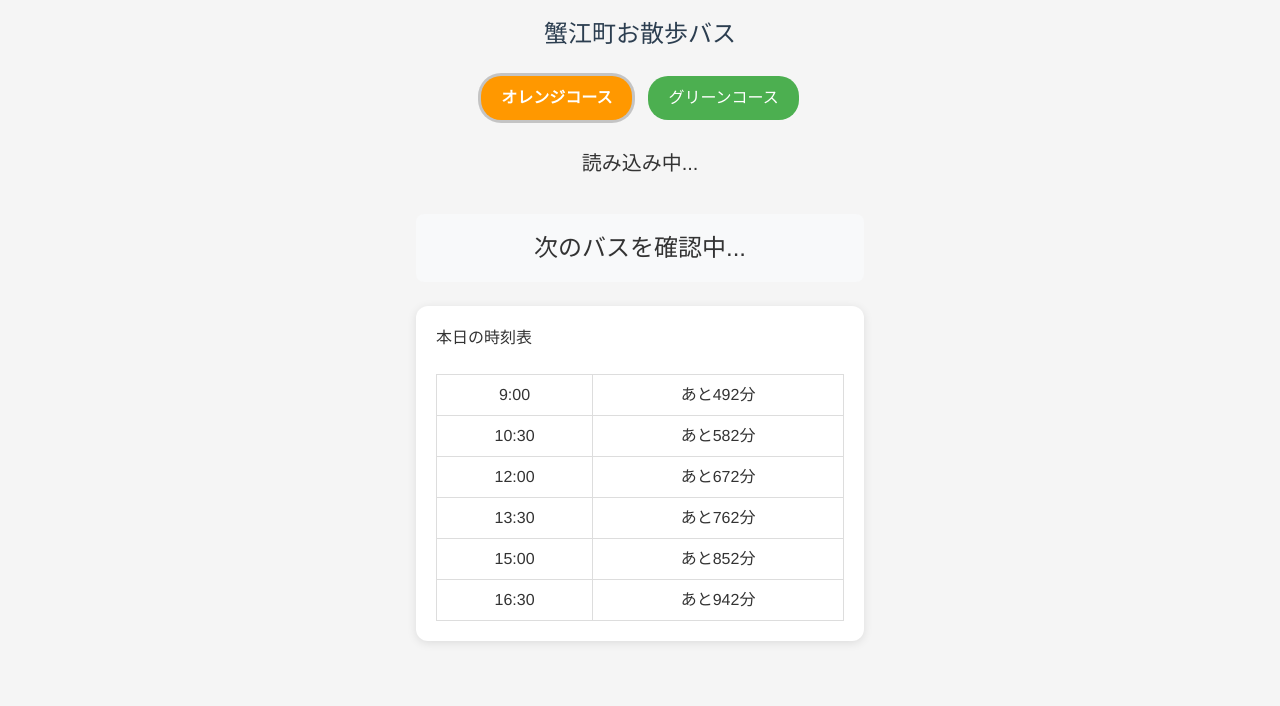
Repository: nagipan777/osanpobus-ver3
Page: / (app in nextjs-app/)
An editor plug-in stored every save of this project. The page is shown before and after the next save, followed by the edit.
The browser window is 1280 px wide. The pictures show the whole page.
The page's requests for data from a server got no answer. The project was rebuilt for these pictures with package versions that can differ from the ones it lists, and the page was loaded fresh each time. The framework's server and built-in components were replaced by stand-ins that run in the browser. No one was signed in, and anything a server would have sent is missing. Also part of the build but not shown: nextjs-app/next.config.ts.

Above is the page before, as saved 2025-03-10 15:58:37.

After the next save:
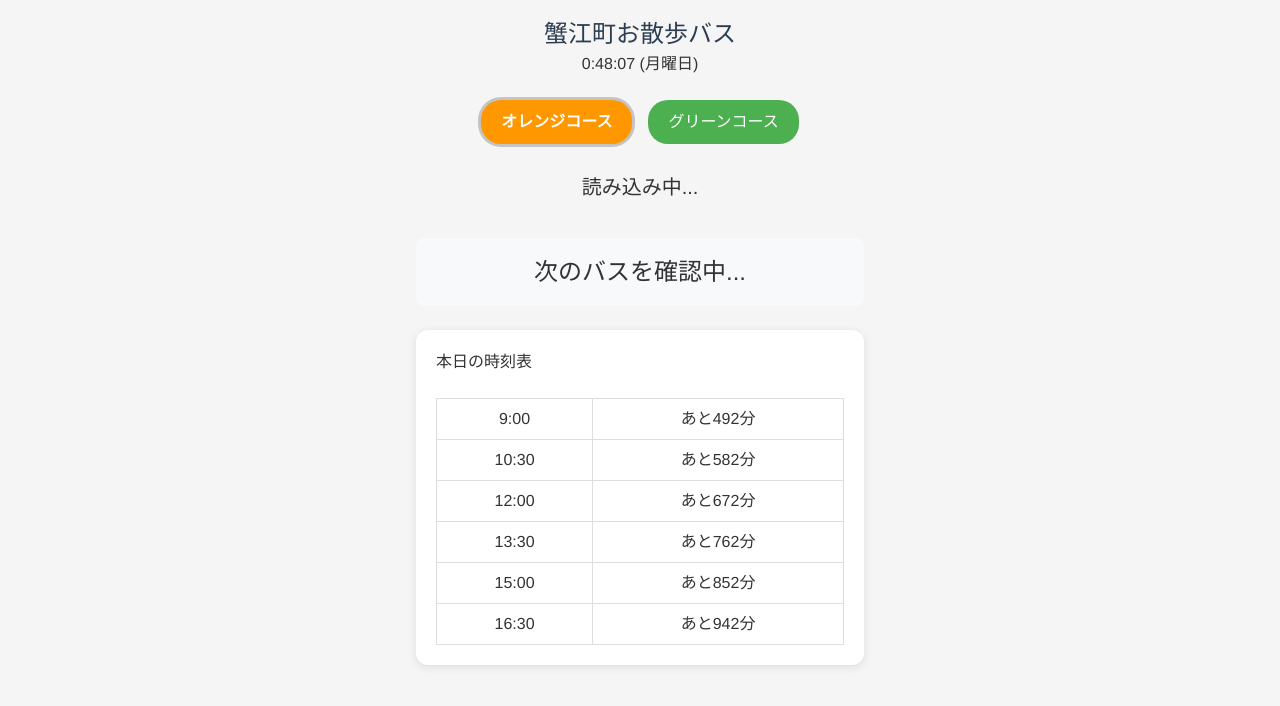
Saved 8 min 40 s later.
--- a/nextjs-app/app/components/Header.tsx
+++ b/nextjs-app/app/components/Header.tsx
@@ -1,9 +1,32 @@
-import React from 'react';
+import React, { useState, useEffect } from 'react';
 
 const Header = () => {
+  const [currentTime, setCurrentTime] = useState(new Date());
+
+  useEffect(() => {
+    const intervalId = setInterval(() => {
+      setCurrentTime(new Date());
+    }, 1000);
+
+    return () => clearInterval(intervalId);
+  }, []);
+
+  const formattedTime = currentTime.toLocaleTimeString('ja-JP', {
+    hour: 'numeric',
+    minute: 'numeric',
+    second: 'numeric',
+  });
+
+  const formattedDate = currentTime.toLocaleDateString('ja-JP', {
+    weekday: 'long',
+  });
+
   return (
     <div className="header">
       <h1>蟹江町お散歩バス</h1>
+      <div className="current-time">
+        {formattedTime} ({formattedDate})
+      </div>
     </div>
   );
 };
